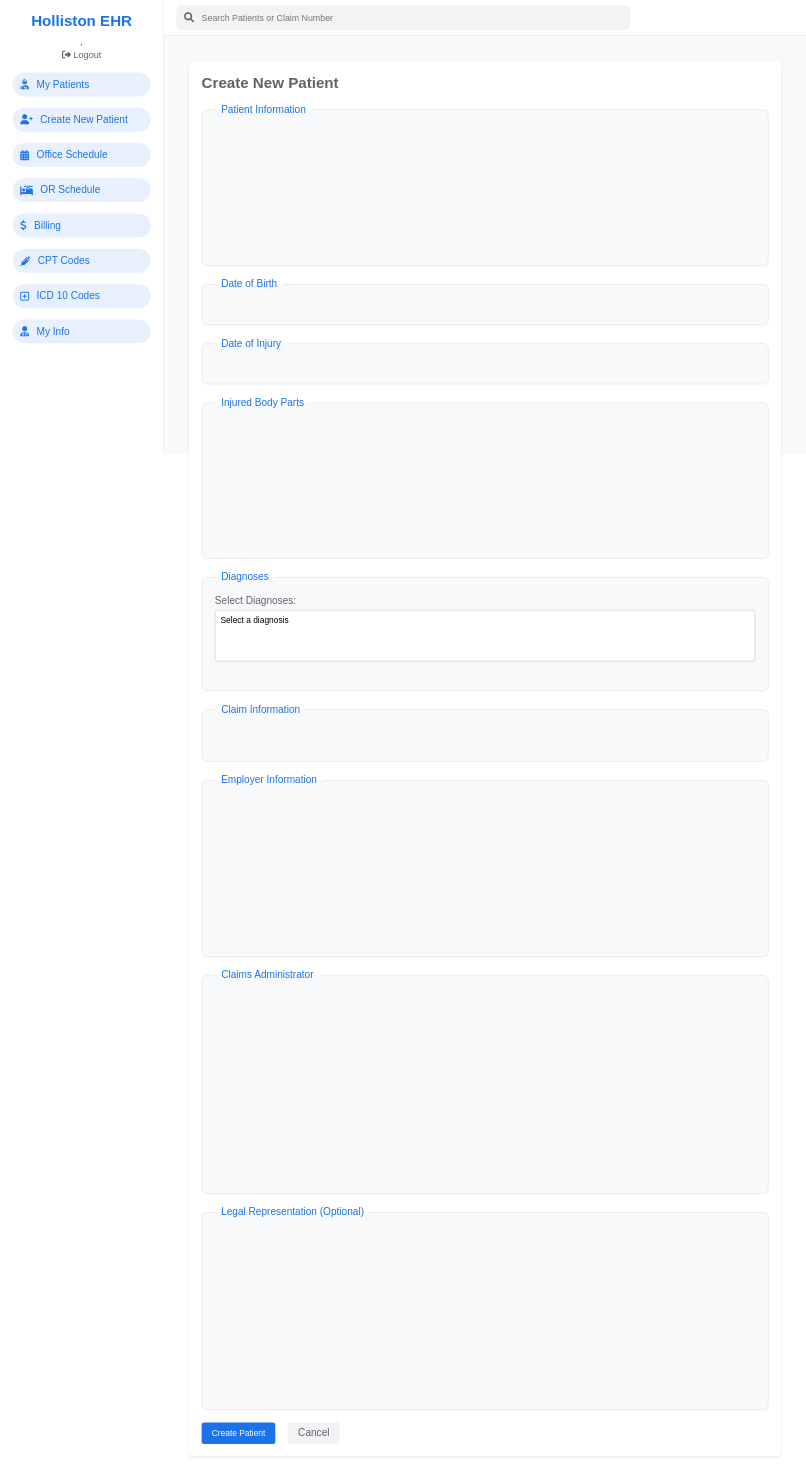
Repository: DavidG626/Flask-Project
Page: templates/create_patient.html
An editor plug-in stored every save of this project. The page is shown before and after the next save, followed by the edit.
The browser window is 1280 px wide. The pictures show the whole page, at 63% of full size.
Some web libraries are served in a nearby version. The template is drawn by Flask 3. The application's start-up code is not run. Other server files are loaded and not shown. The template is opened directly, without the code that normally fills it, so the values that code supplies are empty.

Above is the page before, as saved 2025-02-08 02:24:11.

### templates/create_patient.html
<!DOCTYPE html>
<html lang="en">
    <head>
        <meta charset="UTF-8">
        <meta name="viewport" content="width=device-width, initial-scale=1.0">
        <title>Create New Patient</title>
        <link rel="stylesheet" type="text/css" href="/static/dashboard.css">
        <link rel="stylesheet" type="text/css" href="{{ url_for('static', filename='create_patient.css') }}">
        <link href="https://cdnjs.cloudflare.com/ajax/libs/font-awesome/6.0.0/css/all.min.css" rel="stylesheet">
        <link href="https://cdn.jsdelivr.net/npm/select2@4.1.0-rc.0/dist/css/select2.min.css" rel="stylesheet" />
        <script src="https://cdn.jsdelivr.net/npm/jquery@3.6.0/dist/jquery.min.js"></script>
        <script src="https://cdn.jsdelivr.net/npm/select2@4.1.0-rc.0/dist/js/select2.min.js"></script>
    </head>
<body>
    <div class="container">
          <!-- Sidebar -->
          <aside class="sidebar">
            <div class="logo">Holliston EHR</div>
            <div class="logged-user">
                 {{ current_user.first_name }} {{ current_user.last_name }}, {{ current_user.medical_title }}
                <a href="{{ url_for('dashboard.logout') }}" class="logout-link">
                    <i class="fas fa-sign-out-alt"></i> Logout
                </a>
            </div>
            <nav>
                <!-- rest of your navigation -->
                <ul>
                    <li class="active">
                        <a href="{{ url_for('dashboard.my_patients') }}">
                            <i class="fas fa-user-injured"></i>My Patients
                        </a>
                    </li>
                </ul>
                <br>

                <ul>
                    <li class="active">
                        <a href="{{ url_for('dashboard.create_patient') }}">
                            <i class="fas fa-user-plus"></i>Create New Patient
                        </a>
                    </li>
                </ul>
                <br>
                <ul>
                    <li class="active"><a href=""><i class="fas fa-calendar-alt"></i>Office Schedule</a></li>
                </ul>
                <br>

                <ul>
                    <li class="active"><a href=""><i class="fas fa-procedures"></i>OR Schedule</a></li>
                </ul>
                <br>

                <ul>
                    <li class="active"><a href=""><i class="fas fa-dollar-sign"></i>Billing</a></li>
                </ul>
                <br>

                <ul>
                    <li class="active">
                        <a href="{{ url_for('cpt.cpt_codes') }}">
                            <i class="fas fa-syringe"></i>CPT Codes
                        </a>
                    </li>
                </ul>
                <br>

                <ul>
                    <li class="active">
                        <a href="{{ url_for('icd10.icd10_codes') }}">
                            <i class="far fa-plus-square"></i>ICD 10 Codes
                        </a>
                    </li>
                </ul>
                <br>

                <ul>
                    <li class="active">
                        <a href="{{ url_for('dashboard.my_info') }}">
                            <i class="fas fa-user-md"></i>My Info
                        </a>
                    </li>
                </ul>
            </nav>
        </aside>

        <!-- Main Content -->
        <main>
            <!-- Header -->
            <header>
                <div class="search-bar">
                    <i class="fas fa-search"></i>
                    <form action="{{ url_for('dashboard.my_patients') }}" method="get">
                        <input type="text" name="search" placeholder="Search Patients or Claim Number" value="{{ search_query or '' }}">
                    </form>
                </div>
            </header>

            <!-- Content Area -->
            <div class="content">
                <div class="toolbar">
                    {% with messages = get_flashed_messages(with_categories=true) %}
                        {% if messages %}
                            <ul>
                                {% for category, message in messages %}
                                    <div class="{{ category }}">{{ message }}</div>
                                {% endfor %}
                            </ul>
                        {% endif %}
                    {% endwith %}


                </div>

                <!-- Patient Registration Form -->
                <div class="registration-container">
                    <h2>Create New Patient</h2>
                    <form method="POST" action="">
                        {{ form.hidden_tag() }}

                        <!-- Provider Information - Hidden since we're logged in -->
                        {{ form.provider_first_name(type="hidden") }}
                        {{ form.provider_last_name(type="hidden") }}

                        <!-- Patient Name -->
                        <fieldset>
                            <legend>Patient Information</legend>
                            <div class="form-group">
                                {{ form.patient_first_name.label }}<br>
                                {{ form.patient_first_name(class="form-input") }}
                            </div>
                            <div class="form-group">
                                {{ form.patient_last_name.label }}<br>
                                {{ form.patient_last_name(class="form-input") }}
                            </div>

                            <!-- Patient Address -->
                            <div class="form-group">
                                {{ form.patient_address.label }}<br>
                                {{ form.patient_address(class="form-input") }}
                            </div>
                            <div class="form-group">
                                {{ form.patient_city.label }}<br>
                                {{ form.patient_city(class="form-input") }}
                            </div>
                            <div class="form-group">
                                {{ form.patient_zip_code.label }}<br>
                                {{ form.patient_zip_code(class="form-input") }}
                            </div>
                            <div class="form-group">
                                {{ form.patient_state.label }}<br>
                                {{ form.patient_state(class="form-input") }}
                            </div>
                        </fieldset>

                        <!-- Date of Birth -->
                        <fieldset>
                            <legend>Date of Birth</legend>
                            <div class="form-group date-group">
                                {{ form.patient_dob_month(class="form-input", placeholder="MM") }}
                                {{ form.patient_dob_day(class="form-input", placeholder="DD") }}
                                {{ form.patient_dob_year(class="form-input", placeholder="YYYY") }}
                            </div>
                        </fieldset>

                        <!-- Date of Injury -->
                        <fieldset>
                            <legend>Date of Injury</legend>
                            <div class="form-group date-group">
                                {{ form.doi_month(class="form-input", placeholder="MM") }}
                                {{ form.doi_day(class="form-input", placeholder="DD") }}
                                {{ form.doi_year(class="form-input", placeholder="YYYY") }}
                            </div>
                        </fieldset>

                        <!-- Body Parts -->
                        <fieldset>
                            <legend>Injured Body Parts</legend>
                            {% for i in range(1, 7) %}
                            <div class="form-group">
                                {{ form['body_part_' ~ i].label }}<br>
                                {{ form['body_part_' ~ i](class="form-input") }}
                            </div>
                            {% endfor %}
                        </fieldset>

                        <!-- Add the new diagnoses fieldset -->
                        <fieldset>
                            <legend>Diagnoses</legend>
                            <div class="form-group">
                                <label>Select Diagnoses:</label>
                                <select name="diagnoses" multiple class="form-select">
                                    <option value="">Select a diagnosis</option>
                                    {% for code in icd10_codes %}
                                        <option value="{{ code.id }}">{{ code.code }} - {{ code.description }}</option>
                                    {% endfor %}
                                </select>
                            </div>
                        </fieldset>


                        <!-- Claim Information -->
                        <fieldset>
                            <legend>Claim Information</legend>
                            <div class="form-group">
                                {{ form.claim_number.label }}<br>
                                {{ form.claim_number(class="form-input") }}
                            </div>
                        </fieldset>

                        <!-- Employer Information -->
                        <fieldset>
                            <legend>Employer Information</legend>
                            <div class="form-group">
                                {{ form.employer.label }}<br>
                                {{ form.employer(class="form-input") }}
                            </div>
                            <div class="form-group">
                                {{ form.employer_address.label }}<br>
                                {{ form.employer_address(class="form-input") }}
                            </div>
                            <div class="form-group">
                                {{ form.employer_city.label }}<br>
                                {{ form.employer_city(class="form-input") }}
                            </div>
                            <div class="form-group">
                                {{ form.employer_state.label }}<br>
                                {{ form.employer_state(class="form-input") }}
                            </div>
                            <div class="form-group">
                                {{ form.employer_zip_code.label }}<br>
                                {{ form.employer_zip_code(class="form-input") }}
                            </div>
                            <div class="form-group">
                                {{ form.employer_phone.label }}<br>
                                {{ form.employer_phone(class="form-input") }}
                            </div>
                            <div class="form-group">
                                {{ form.employer_fax.label }}<br>
                                {{ form.employer_fax(class="form-input") }}
                            </div>
                        </fieldset>

                        <!-- Claims Administrator -->
                        <fieldset>
                            <legend>Claims Administrator</legend>
                            <div class="form-group">
                                {{ form.admin_name.label }}<br>
                                {{ form.admin_name(class="form-input") }}
                            </div>
                            <div class="form-group">
                                {{ form.adjustor.label }}<br>
                                {{ form.adjustor(class="form-input") }}
                            </div>
                            <div class="form-group">
                                {{ form.adjustor_address.label }}<br>
                                {{ form.adjustor_address(class="form-input") }}
                            </div>
                            <div class="form-group">
                                {{ form.adjustor_city.label }}<br>
                                {{ form.adjustor_city(class="form-input") }}
                            </div>
                            <div class="form-group">
                                {{ form.adjustor_state.label }}<br>
                                {{ form.adjustor_state(class="form-input") }}
                            </div>
                            <div class="form-group">
                                {{ form.adjustor_zip_code.label }}<br>
                                {{ form.adjustor_zip_code(class="form-input") }}
                            </div>
                            <div class="form-group">
                                {{ form.adjustor_phone.label }}<br>
                                {{ form.adjustor_phone(class="form-input") }}
                            </div>
                            <div class="form-group">
                                {{ form.adjustor_fax.label }}<br>
                                {{ form.adjustor_fax(class="form-input") }}
                            </div>
                            <div class="form-group">
                                {{ form.adjustor_email.label }}<br>
                                {{ form.adjustor_email(class="form-input") }}
                            </div>
                        </fieldset>

                        <!-- Lawyer Information -->
                        <fieldset>
                            <legend>Legal Representation (Optional)</legend>
                            <div class="form-group">
                                {{ form.lawyer_name.label }}<br>
                                {{ form.lawyer_name(class="form-input") }}
                            </div>
                            <div class="form-group">
                                {{ form.lawyer_address.label }}<br>
                                {{ form.lawyer_address(class="form-input") }}
                            </div>
                            <div class="form-group">
                                {{ form.lawyer_city.label }}<br>
                                {{ form.lawyer_city(class="form-input") }}
                            </div>
                            <div class="form-group">
                                {{ form.lawyer_state.label }}<br>
                                {{ form.lawyer_state(class="form-input") }}
                            </div>
                            <div class="form-group">
                                {{ form.lawyer_zip_code.label }}<br>
                                {{ form.lawyer_zip_code(class="form-input") }}
                            </div>
                            <div class="form-group">
                                {{ form.lawyer_phone.label }}<br>
                                {{ form.lawyer_phone(class="form-input") }}
                            </div>
                            <div class="form-group">
                                {{ form.lawyer_fax.label }}<br>
                                {{ form.lawyer_fax(class="form-input") }}
                            </div>
                            <div class="form-group">
                                {{ form.lawyer_email.label }}<br>
                                {{ form.lawyer_email(class="form-input") }}
                            </div>
                        </fieldset>

                        <div class="buttons">
                            <button type="submit" class="save-btn">Create Patient</button>
                            <a href="{{ url_for('dashboard.my_patients') }}" class="cancel-btn">Cancel</a>
                        </div>
                    </form>
                </div>
            </div>
        </main>
    </div>
</body>
</html>

### static/create_patient.css

.registration-container {
    background: white;
    border-radius: 8px;
    padding: 20px;
    margin: 20px;
    box-shadow: 0 2px 4px rgba(0,0,0,0.1);
}

.registration-container h2 {
    color: #5f6368;
    margin-bottom: 20px;
    font-size: 1.5rem;
}

fieldset {
    border: 1px solid #e1e4e8;
    border-radius: 8px;
    padding: 20px;
    margin-bottom: 20px;
    background: #f8f9fa;
}

legend {
    color: #1a73e8;
    font-weight: 500;
    padding: 0 10px;
}

.form-group {
    margin-bottom: 15px;
}

.form-group label {
    display: block;
    margin-bottom: 5px;
    color: #5f6368;
    font-weight: 500;
}

.form-input {
    width: 100%;
    padding: 8px 12px;
    border: 1px solid #e1e4e8;
    border-radius: 4px;
    font-size: 14px;
}

.form-input:focus {
    border-color: #1a73e8;
    outline: none;
    box-shadow: 0 0 0 2px rgba(26,115,232,0.2);
}

/* Date fields styling */
.date-group {
    display: flex;
    gap: 10px;
}

.date-group .form-input {
    width: 33%;
}

/* Button styling to match your dashboard */
.buttons {
    margin-top: 20px;
    display: flex;
    gap: 10px;
}

.save-btn {
    background: #1a73e8;
    color: white;
    padding: 8px 16px;
    border: none;
    border-radius: 4px;
    cursor: pointer;
    font-weight: 500;
}

.save-btn:hover {
    background: #1557b0;
}

.cancel-btn {
    background: #f1f3f4;
    color: #5f6368;
    padding: 8px 16px;
    border: none;
    border-radius: 4px;
    text-decoration: none;
    font-weight: 500;
}

.cancel-btn:hover {
    background: #e3e6e8;
}

/* Responsive adjustments */
@media (max-width: 1600px) {
    html {
        font-size: 16px;
    }
}

@media (max-width: 1200px) {
    html {
        font-size: 16px;
    }
}

@media (max-width: 992px) {
    html {
        font-size: 14px;
    }
}

@media (max-width: 768px) {
    html {
        font-size: 12px;
    }
}

@media (max-width: 600px) {
    html {
        font-size: 10px;
    }
}

Loaded but not shown: static/dashboard.css (408 lines, source omitted)

After the next save:
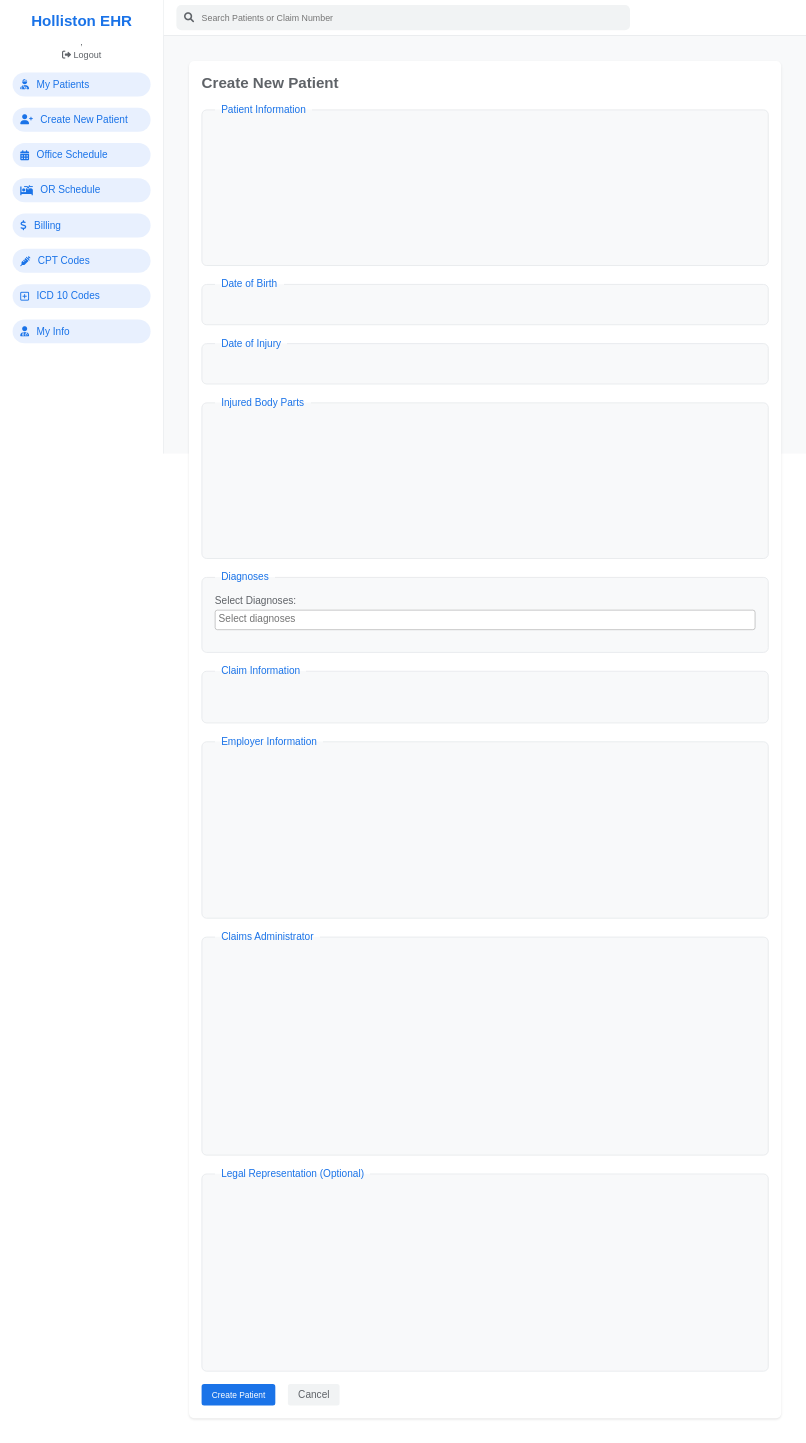
Saved 17 s later.
--- a/templates/create_patient.html
+++ b/templates/create_patient.html
@@ -330,3 +330,12 @@
     </div>
 </body>
 </html>
+
+<script>
+    $(document).ready(function() {
+        $('.form-select').select2({
+            placeholder: 'Select diagnoses',
+            allowClear: true
+        });
+    });
+    </script>
